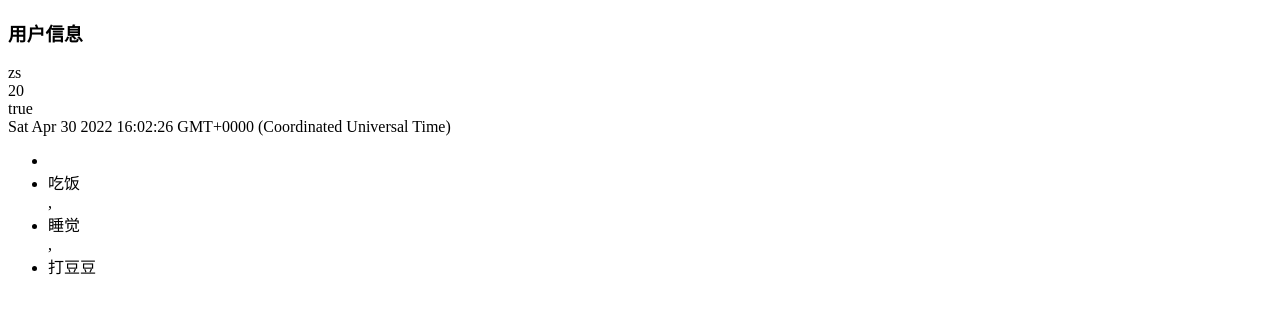
Repository: Bluesouls/eliauk.github.io
Page: Ajax学习笔记/day02/02传统方式渲染UI结构.html
An editor plug-in stored every save of this project. The page is shown before and after the next save, followed by the edit.
The browser window is 1280 px wide. The pictures show the whole page.

Above is the page before, as saved 2022-05-01 12:20:24.

### Ajax学习笔记/day02/02传统方式渲染UI结构.html
<!DOCTYPE html>
<html lang="en">

<head>
  <meta charset="UTF-8">
  <meta http-equiv="X-UA-Compatible" content="IE=edge">
  <meta name="viewport" content="width=device-width, initial-scale=1.0">
  <title>传统方式渲染UI结构</title>
  <script src="./lib/jquery.js"></script>
</head>

<body>
  <div id="title"></div>
  <div id="name"></div>
  <div id="age"></div>
  <div id="isVIP"></div>
  <div id="date"></div>
  <ul id="hobby">
    <li></li>
  </ul>
  <script>
    var data = {
      title: '<h3>用户信息</h3>',
      name: 'zs',
      age: 20,
      isVIP: true,
      regTime: new Date(),
      hobby: ['吃饭', '睡觉', '打豆豆']
    }
    $('#title').html(data.title)
    $('#name').text(data.name)
    $('#age').text(data.age)
    $('#isVIP').text(data.isVIP)
    $('#date').text(data.regTime)
    var rows = []
    $.each(data.hobby, function (i, item) {
      rows.push('<li>' + item + '</li>')
    })
    $('#hobby').append(rows.join())
  </script>
</body>

</html>

Loaded but not shown: Ajax学习笔记/day02/lib/jquery.js (library)

After the next save:
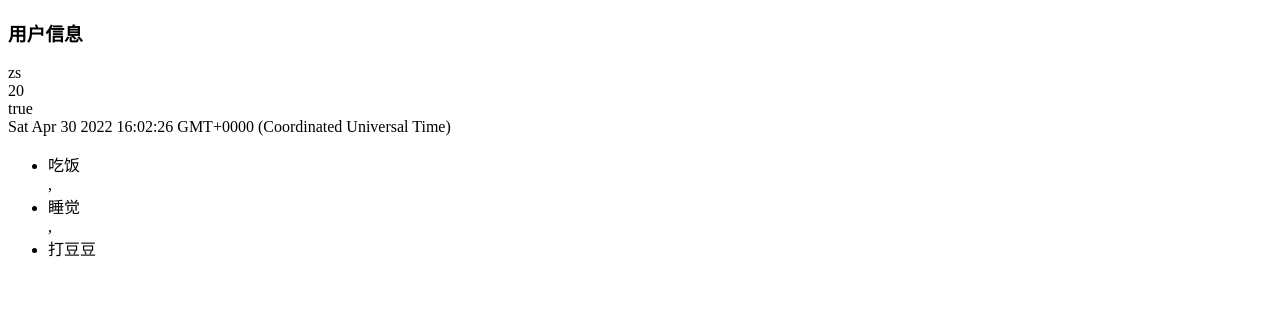
Saved 11 s later.
--- a/Ajax学习笔记/day02/02传统方式渲染UI结构.html
+++ b/Ajax学习笔记/day02/02传统方式渲染UI结构.html
@@ -16,7 +16,6 @@
   <div id="isVIP"></div>
   <div id="date"></div>
   <ul id="hobby">
-    <li></li>
   </ul>
   <script>
     var data = {
